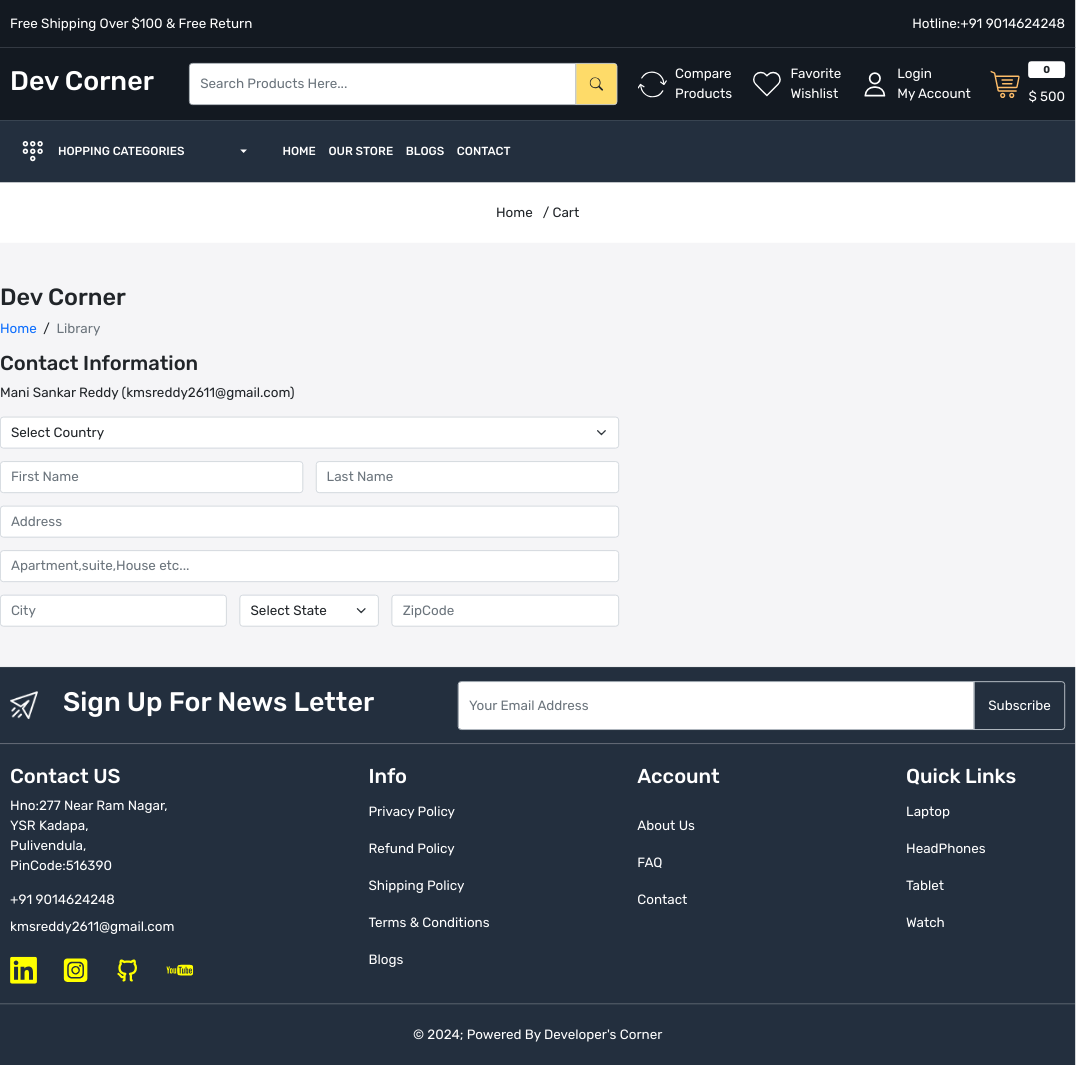
Repository: maniheist/ecommerce-app
Page: /checkout
The author's editor kept a copy of each file at every save. The page is drawn from the files as they stood at one save, then again after the next save.
The browser window is 1280 px wide. The page is 1292 px wide, so the pictures cover 1292 px, including what lies to the right of the window. The pictures show the whole page, at 84% of full size.
The project was rebuilt for these pictures with package versions that can differ from the ones it lists, and the page was loaded fresh each time. Also part of the build but not shown: src/components/BlogCard.js, src/components/ProductCard.js, src/components/SpecialProduct.js, src/pages/Home.js, src/pages/About.js, src/pages/Contact.js, src/components/Color.js, src/pages/OurStore.js and 14 more.

Above is the page before, as saved 2024-02-22 14:56:45.

### public/index.html
<!DOCTYPE html>
<html lang="en">
  <head>
    <meta charset="utf-8" />
    <link rel="icon" href="%PUBLIC_URL%/favicon.ico" />
    <meta name="viewport" content="width=device-width, initial-scale=1" />
    <meta name="theme-color" content="#000000" />
    <meta
      name="description"
      content="Web site created using create-react-app"
    />
    <link rel="apple-touch-icon" href="%PUBLIC_URL%/logo192.png" />

    <link rel="preconnect" href="https://fonts.googleapis.com" />
    <link rel="preconnect" href="https://fonts.gstatic.com" crossorigin />
    <link
      href="https://fonts.googleapis.com/css2?family=Rubik:ital,wght@0,300..900;1,300..900&display=swap"
      rel="stylesheet"
    />
    <link
      href="https://cdn.jsdelivr.net/npm/bootstrap@5.0.2/dist/css/bootstrap.min.css"
      rel="stylesheet"
      integrity="sha384-EVSTQN3/azprG1Anm3QDgpJLIm9Nao0Yz1ztcQTwFspd3yD65VohhpuuCOmLASjC"
      crossorigin="anonymous"
    />
    <link rel="manifest" href="%PUBLIC_URL%/manifest.json" />

    <title>React Redux App</title>
  </head>
  <body>
    <noscript>You need to enable JavaScript to run this app.</noscript>
    <div id="root"></div>
    <script
      src="https://cdn.jsdelivr.net/npm/bootstrap@5.0.2/dist/js/bootstrap.bundle.min.js"
      integrity="sha384-MrcW6ZMFYlzcLA8Nl+NtUVF0sA7MsXsP1UyJoMp4YLEuNSfAP+JcXn/tWtIaxVXM"
      crossorigin="anonymous"
    ></script>
  </body>
</html>

### src/index.js
import React from 'react';
import { createRoot } from 'react-dom/client';

import App from './App';

const container = document.getElementById('root');
const root = createRoot(container);

root.render(

      <App />

);

### src/App.js
import React from 'react';
import './App.css';
import {BrowserRouter,Routes,Route} from "react-router-dom";
import Layout from "./components/Layout";
import Home from "./pages/Home"
import About from "./pages/About"
import Contact from "./pages/Contact"
import OurStore from './pages/OurStore';
import Blog from "./pages/Blog";
import CompareProduct from './pages/CompareProduct';
import Wishlist from './pages/Wishlist';
import Login from './pages/Login';
import Forgotpassword from './pages/Forgotpassword';
import Signup from './pages/Signup';
import Resetpassword from './pages/Resetpassword';
import SingleBlog from './pages/SingleBlog';
import PrivacyPolicy from './pages/PrivacyPolicy';
import RefundPolicy from './pages/RefundPolicy';
import ShippingPolicy from './pages/ShippingPolicy';
import TermAndConditions from './pages/TermAndConditions';
import SingleProduct from './pages/SingleProduct';
import Cart from './pages/Cart';
import Checkout from './pages/Checkout';
function App() {
  return (
    <>
      <BrowserRouter>
        <Routes>
        <Route path="/" element={<Layout />}>
<Route index element={<Home />} />
<Route path="about" element={<About />}/>
<Route path="contact" element={<Contact />}/>
<Route path="product" element={<OurStore />}/>
<Route path="product/:id" element={<SingleProduct />}/>
<Route path="blogs" element={<Blog />}/>
<Route path="blog/:id" element={<SingleBlog />}/>
<Route path="cart" element={<Cart />}/>
<Route path="checkout" element={<Checkout />}/>
<Route path="compare-product" element={<CompareProduct />}/>
<Route path="wishlist" element={<Wishlist />}/>
<Route path="login" element={<Login />}/>
<Route path="forgot-password" element={<Forgotpassword />}/>
<Route path="signup" element={<Signup />}/>
<Route path="reset-password" element={<Resetpassword />}/>
<Route path="privacy-policy" element={<PrivacyPolicy />}/>
<Route path="refund-policy" element={<RefundPolicy />}/>

<Route path="shipping-policy" element={<ShippingPolicy />}/>
<Route path="term-conditions" element={<TermAndConditions />}/>


        </Route>

        </Routes>
      </BrowserRouter>
    </>

  );
}

export default App;

### src/App.css
*{
  margin:0;
  padding:0;
  box-sizing:border-box;
}
:root{
  --color-131921:#131921;
  --color-3b4149:#3b4149;
--color-febd69:#fedb69;
--color-232f3e:#232f3e;
--color-bf4800:#bf4800;
--color-f5f5f7:#f5f5f7;
--color-ededed:#ededed;
--color-777777:#777777;
--color-1c1b1b:#1c1b1b;
--color-f2f2f2:#f2f2f2;
}

.section-heading{
  font-size: 26px;
  line-height: 32px;
  font-weight: 500;
  margin-bottom: 30px;

}
.card-wrapper{
  background-color: white;
  box-shadow: 0 0 10px #0000001a;
  padding: 15px;
}

.button{
  background-color:var(--color-232f3e) ;
  color: white;
  padding: 13px 33px;
  font-size: 14px;
  border-radius: 15px;
}
.button:hover{
  background-color: var(--color-febd69);
  color:#131921
}
body {
  font-family:"Rubik", sans-serif;
}
a {
  text-decoration:none;
  display:inline-block;
}

.form-control:focus{
  box-shadow:none;
  border-color: inherit;
}

/*header part*/
.header-top-strip{
  border-bottom: 1px solid var(--color-3b4149);
  background-color:var(--color-131921) ;
}

.header-upper{
  background-color: var(--color-131921);
}

.header-bottom{
  background-color: var(--color-232f3e);
}

.header-upper .input-group-text{
  background-color: var(--color-febd69);
}

.header-upper.header-upper-links img{
  width:35px;
  height: 35px;
}

.gap-10{
  gap: 10px;
}


.gap-15{
  gap: 15px;
}

.gap-30{
  gap: 30px;
}
.header-bottom .menu-links a,
.header-bottom .dropdown button
{
  color: white;
  font-size: 14px;
  line-height: 18px;
  font-weight: 480;
  letter-spacing:0.3;
  text-transform: uppercase;
}

.header-bottom .dropdown button:focus{
  box-shadow: none;
}

.header-bottom .dropdown-menu{
  background-color: var(--color-131921);
  width:100%;
  transform: translate3d(0px,57px,0px) !important;
}

.header-bottom .dropdown-item{
  padding:20px;
  margin-bottom: 3px;
  border-bottom: 1px solid var(--color-3b4149)
  ;

}
.header-bottom .dropdown-item:hover{
  background-color: transparent;
  color: var(--color-febd69) !important;
}
/*header part end */


/*footer part  */

footer{
  background-color: var(--color-232f3e);
}



footer:not(:first-child){
  border-top:1px solid rgba(255,255,255,0.1);

}

footer .input-group-text{
  background-color: var(--color-232f3e);
  color:white;
  padding:8px 17px;
}
/* footer part end */

/*Home page*/

.main-banner-content{
  top:15%;
  left:5%;
}

.main-banner-content h4{

  font-size: 19px;
  font-weight: 400;
  line-height: 24px;
  color:var(--color-bf4800);
  margin: 0 0 12px;
  letter-spacing: 0.3px;
  text-transform: uppercase;

}

.main-banner-content h5{
  font-size: 52px;
  font-weight: 500;
  line-height: 64px;
  letter-spacing: -2px;
  text-transform: none;

}

.main-banner-content p{
  font-size: 18px;
  line-height: 28px;
  letter-spacing: 0.4px;
  font-weight: 100;
  color: var(--color-131921);
}


.small-banner-content{
  top:25%;
  left:10%;
}

.small-banner-content h4{

  font-size: 21px;
  font-weight: 400;
  line-height: 24px;
  color:var(--color-bf4800);
  margin: 0 0 12px;
  letter-spacing: 0.3px;
  text-transform: uppercase;
}
.small-banner-content h5{
  font-size: 33px;
  font-weight: 500;
  line-height: 34px;
  letter-spacing: -2px;
  text-transform: none;

}

.small-banner-content p{
  font-size: 18px;
  line-height: 28px;
  letter-spacing: 0.4px;
  font-weight: 100;
  color: var(--color-131921);
}

.small-banner{
  width: 49%;

}


/* Home wrapper 2 */

.home-wrapper-2{
  background-color: var(--color-f5f5f7);

}

/* Home wrapper 2 ends */

/* categories section */

.categories{
  background-color: white;
  box-shadow: 0 0 10px #0000001a;
  padding: 15px;
}

.categories > div{
  width:25%;
  padding: 10px 10px 10px 20px;
}

.categories > div:nth-child(1),
.categories > div:nth-child(2),
.categories > div:nth-child(3),
.categories > div:nth-child(4){
  border-bottom: 1px solid var(--color-ededed) ;
}

.categories>div>div{
  width:60%
}

.categories > div:nth-child(1),
.categories > div:nth-child(2),
.categories > div:nth-child(3){
  border-right: 1px solid var(--color-ededed) ;
}

.categories > div:nth-child(5),
.categories > div:nth-child(6),
.categories > div:nth-child(7){
  border-right: 1px solid var(--color-ededed) ;
}
/* categories end */

/* Home Page End */


/* Blogcard */

.blog-card{
  background-color: white;
  padding:20px;
  border-radius:10px;
}

.blog-card img{
  border-top-left-radius:10px;
  border-top-right-radius:10px;
}

.blog-content{
  padding: 15px;

}

.blog-contentp.date{
  font-size: 13px;
  line-height: 24px;
  text-transform: uppercase;
  letter-spacing: 0;
  font-weight: 400;
  color: var(--color-777777);
  padding: 0;

}

.blog-content h5{
  font-size: 18px;
  color: var(--color-131921);
}


.blog-content p.desc{
  font-size: 13px;
  line-height: 22px;
  color: var(--color-777777);
}

.single-blog-card a{
  font-size: 18px;
  color: var(--color-777777);;
  margin-bottom: 20px;
}
.single-blog-card h3{
  font-size: 24px;
  font-weight: 600;
  color: var(--color-1c1b1b);

}

.single-blog-card p{
  color: var(--color-777777);
  font-size: 14px;
}




/*Blogcard ends*/


/* product card */

.product-card{
  padding: 15px;
  background-color: white;
  border-radius: 13px;
overflow:hidden;
width: 100%;
}

.product-card .product-image{
  height: 270px;
}

.product-card .product-image img{
  object-fit: contain;
}
.product-card .product-image> img:last-child{
  display: none;
}
.product-card:hover .product-image > img:nth-child(1){
display: none;

}
.product-card:hover .product-image>img:last-child{
  display: block;


}



.product-card:hover .action-bar{
  right: 15px;

}
.product-card .product-details h6 {
  color:var(--color-bf4800);
  font-size: 13px;



}


.product-card .product-details h5{
  font-size: 15px;
  color: var(--color-1c1b1b);
}

.product-card.product-details p.price{
  font-size: 16px;
  color: var(--color-1c1b1b);
}

.product-card p.description{
  font-size: 13px;
  color: var(--color-777777);
  margin-right: 20px;
}

.action-bar{
  top: 10%;
  right:-23px;
  transition: 0.3s;
}


.wishlist-icon{
  top: 2%;
  right:15px;

}
/* product card ends */

/* special product */

.special-product-card{
  padding:20px 10px;
  border-radius: 10px;
  background-color: white;
}

.special-product-card .badge{
  background-color:#eb353b !important;
}


/* special product ends */

/* famous start */

.famous-card .famous-content{
  top: 10%;
  left: 5%;

}

.famous-card img{
  border-radius: 10px;
}

.famous-content h5{
  font-size: 13px;
  line-height: 20px;
  font-weight: 400px;
  color: white;
  margin-bottom: 7px;
  text-transform: uppercase;

}
.famous-content h6{
  font-size: 24px;
  line-height: 38px;
  font-weight: 500;
  color: white;
}
.famous-content p{
  font-size: 16px;
  line-height: 24px;
  color: white;
  font-weight: 100;
}

/* famous ends */

/* Our Store Start */

.filter-card{
  background-color: white;
  border-radius: 10px;
  padding: 15px 15px 25px;
}

.filter-title{
  font-size: 16px;
  line-height: 20px;
  font-weight: 600;
  color: var(--color-1c1b1b);
  margin-bottom: 20px;
}

.filter-card ul,
.filter-card .form-check-label {
  list-style-type:none;
  font-size: 13px;
  line-height: 30px;
  color: var(--color-777777);
  cursor: pointer;
}

.filter-card .form-check-input:focus{
  box-shadow: none;
  border-color: rgba(0,0,0,0.25);
}
.filter-card .form-check-input:checked{
background-color: var(--color-febd69);
  border-color: var(--color-febd69);

}
.sub-title{
  font-size: 40px;
  font-weight: 600;
  color: var(--color-1c1b1b);
  margin-bottom: 15px;
  margin-top: 20px;
}

.colors{
  list-style-type: none;
  display: flex;
  flex-wrap: wrap;
  gap: 10px;
}
.colors .one{
  width: 20px;
  height: 20px;
  background-color: red;
  border-radius: 50%;
}
.colors .two{
  width: 20px;
  height: 20px;
  background-color: blue;
  border-radius: 50%;
}
.colors  .three{
  width: 20px;
  height: 20px;
  background-color: yellow;
  border-radius: 50%;
}
.colors  .four{
  width: 20px;
  height: 20px;
  background-color: pink;
  border-radius: 50%;
}
.colors  .five{
  width: 20px;
  height: 20px;
  background-color: black;
  border-radius: 50%;
}
.colors  .six{
  width: 20px;
  height: 20px;
  background-color: brown;
  border-radius: 50%;
}

.colors  .seven{
  width: 20px;
  height: 20px;
  background-color:chocolate;
  border-radius: 50%;
}

.random-products h5{
font-size: 14px;
margin-bottom: 8px;
}

.random-products:first-child{
  border-bottom: 1px solid var(--color-ededed);
}

.filter-sort-grid{
  padding: 10px;
  background-color: white;
  border-radius: 10px;
}

.grid img{
  width: 35px;
  height: 35px;
  background-color: var(--color-f2f2f2);
  padding: 8px;
  border-radius: 3px;
  cursor: pointer;
}
.grid img:hover{
  background-color:burlywood;
}

.g-12{
  width: 100%;

}
.gr-6{
  width: 49%;
}
.gr-4{
  width: 32%;
}
.gr-3{
  width: 24%;

}

.gr-12 .product-card{
  display: flex;
  gap:20px;
}
.gr-6 .product-image{
  width: 100%;
}
.gr-6 .product-image img{
  margin: auto;
  display: block;
}
.gr-12 .product-card .product-image{
  width: 270px;
}

.gr-12 .product-card .product-image{
  height: auto;
}
.gr-12 .action-bar{top: 17%;}


/* Our store ends */


/* contact us starts*/

.contact-inner-wrapper{
  padding:30px 20px;
  border-radius: 15px;
  background-color: white;
  gap:15px;
}
.contact-inner-wrapper>div{
  width: 48%;
}

.contact-title{
  font-size: 26px;
  font-weight: 500;
  line-height: 35px;
  text-align: left;

}

.contact-inner-wrapper form .form-control{
  background-color: var(--color-f5f5f7);
  border-radius: 10px;
  border-color: transparent;
  padding: 10px;
}

.contact-inner-wrapper ul{
  list-style: none;
}

.contact-inner-wrapper address,.contact-inner-wrapper a,.contact-inner-wrapper p{
  color: var(--color-777777);
}

/* contact us ends */

/* compare products */

.compare-product-card {
  padding: 20px 15px;
  background-color: white;
  border-radius: 10px;

}

.compare-product-card .cross ,.wishlist-card .cross{
  top: 15px;
  right: 15px;
  width: 25px;
  padding: 3px;
cursor: pointer;
}

.compare-product-details h5.title, .wishlist-card h5.title{
  font-size: 15px;
  line-height: 22px;
  font-weight: 500;
  color: var(--color-1c1b1b);
}

.compare-product-details h6.price, .wishlist-card h6.price{
font-size: 15px;
line-height: 22px;
font-weight: 400;
}

.compare-product-card .product-detail{
  display: flex;
  justify-content: space-between;
  align-items: center;
  padding: 10px 0px;
  border-top: 1px solid rgba(0,0,0,0.1);
}




/* compare products ends */


/* login starts */

.auth-card{
  padding: 20px;
  background-color: white;
  width: 500px;
  margin: 30px auto;
  border-radius: 10px;
}

.auth-card p{
  font-size: 13px;
  color: var(--color-777777);
}
.auth-card h3{
  font-size: 19px;
  font-weight: 500;

color: var(--color-777777);
}

.auth-card .form-control{
  height: 50px;
  background-color: var(--color-f5f5f7);
  color: var(--color-777777);
  border-radius: 10px;
  border-color: transparent;
  font-size: 14px;
}

.auth-card a{
  font-size: 14px;
  font-weight: 400;
  color: var(--color-1c1b1b);
}

.signup{
  background-color: var(--color-febd69);
  color: var(--color-131921);
  border: none;
}

.signup:hover {
  background-color: var(--color-131921);
  color:white;
}

/*login ends */


/* Policy starts */

.policy{
  background-color: white;
  padding: 30px;
}





/* policy Ends */


/* main product page starts*/

.description-wrapper h4, .reviews-wrapper h3{
font-size: 26px;
color: var(--color-1c1b1b);
margin-bottom: 10px;
}

.description-wrapper p{
  font-size: 14px;
  counter-reset: var(--color-777777);;
}
.review-inner-wrapper{
  background-color: white;
  padding: 30px;}
.review-head{
border-bottom: 1px solid rgba(0,0,0,0.1);
padding-bottom: 20px;
}

.review-head p, .review-head a{
  font-size: 14px;
  color: var(--color-777777);
}

.review-head h4{
  font-size: 18px;
  color: var(--color-1c1b1b);

}

.review-form h4{
  font-size: 16px;
  color: var(--color-777777);
}

.review-form{
    border-bottom: 1px solid rgba(0,0,0,0.1);

}
.review:not(:last-child){
  border-bottom: 1px solid rgba(0,0,0,0.1);
}
.review p{
  font-size: 14px;
  color: var(--color-777777);
}

.main-product-image{
  padding:20px;
  background-color: white;
  border-radius: 10px;
}

.main-product-image>div{
  border: 1px solid rgba(0,0,0,0.25);
}

.main-product-image img {
  width: 61% !important;
  height: 500px !important;
  object-fit: cover;
}

.other-product-images{
  background-color: white;
  padding: 20px;

}
.other-product-images>div{
  padding: 20px;
  width: 48%;
border: 1px solid rgba(0,0,0,0.25);
}

.main-product-image .js-image-zoom__zoomed-image{
  left: 40px !important;
  padding: 10px;
  background-color: white;
  border-radius: 10px;
  z-index:1000;
}

.main-product-details{
  padding: 30px 20px;
  border-radius: 10px;
  background-color: white;
}

.border-bottom{
  border-bottom: 1px solid rgba(0,0,0,0.25);
}

.main-product-details h3.title{
  font-size: 18px;
  font-weight: 600;
  color: var(--color-1c1b1b);
  margin-bottom: 10px;
}

.main-product-details p.price{
  font-size: 16px;
  line-height: 20px;
  font-size: 600;
  margin-bottom: 10px;
}

.main-product-details a.review-btn,.t-review{
  color: var(--color-777777);
  font-size: 13px;
}

.product-heading{
font-size: 14px;
color:var(--color-1c1b1b);
margin-bottom: 0px;
}
.product-data{
  font-size: 13px;
  columns: var(--color-777777);
  margin-bottom: 0px;
}
.main-product-details a{
  font-size: 14px;
  color: var(--color-777777);
}

/* main product page ends */


/* cart page starts */
.cart-header,.cart-data{
  border-bottom: 1px solid #eaeaea;
}
.cart-header h4 {
font-size: 13px;
color: var(--color-777777);

}

.cart-col-1{
  width: 40%;
}

.cart-col-1 p{
  color: var(--color-777777);
  font-size: 14px;
}
.cart-col-2{
  width:10%;
}

.cart-col-3{
  width: 15%;
}

.cart-col-4{
  width: 15%;
}

.cart-data h5.price{
  font-size: 14px;
  color: var(--color-1c1b1b);
}


/* cart page ends */

### src/components/Layout.js
import React from 'react'
import {Outlet} from "react-router-dom";
import Header from "./Header";
import Footer from "./Footer";
const Layout = () => {
  return (
    <>
            <Header />
            <Outlet />
            <Footer />

    </>
  )
}

export default Layout

### src/pages/Checkout.js
import React from 'react'
import BreadCrumb from '../components/BreadCrumb';
import {Link} from 'react-router-dom';
import Meta from '../components/Meta';
const Checkout = () => {
  return (
  <>

     <Meta title={"Cart"}></Meta>
    <BreadCrumb title='Cart'/>

    <div className='checkout-wrapper py-5 home-wrapper-2'>
        <div className='row'>
            <div className='col-7'>
                <div className='checkout-left-data'>
                    <h3 className='website-name'>Dev Corner</h3>
                    <nav style={{"--bs-breadcrumb-divider": '>'}} aria-label="breadcrumb">
  <ol className="breadcrumb">
    <li className="breadcrumb-item"><a href="#">Home</a></li> &nbsp; /
    <li className="breadcrumb-item active" aria-current="page">Library</li>
  </ol>
</nav>
<h4 className='title'>
    Contact Information
</h4>
<p className='user-details'>
    Mani Sankar Reddy (kmsreddy2611@gmail.com)
</p>
<form className='d-flex gap-15 flex-wrap justify-content-between'>

<div className='w-100'>
    <select name="" className='form-control form-select'>
    <option value='' selected disabled>Select Country</option>

    </select>
</div>
<div className='flex-grow-1'>
    <input type='text' placeholder='First Name' className='form-control'></input>
</div>
<div className='flex-grow-1'>
    <input type='text' placeholder='Last Name' className='form-control'></input>
</div>
<div className='w-100'>
    <input type='text' placeholder='Address' className='form-control'></input>
</div>
<div className='w-100'>
    <input type='text' placeholder='Apartment,suite,House etc...' className='form-control'></input>
</div>
<div className='flex-grow-1'>
    <input type='text' placeholder='City' className='form-control'></input>
</div>

<div className='flex-grow-1'><select className='form-control form-select' id=''>
    <option value='' selected disabled>Select State</option>
</select></div>
<div className='flex-grow-1'>
    <input type='text' placeholder='ZipCode' className='form-control'></input>
</div>
</form>
                </div>
            </div>
            <div className='col-5'></div>
            <div></div>
        </div>
    </div>
  </>
  );
}

export default Checkout

### src/components/BreadCrumb.js
import React from 'react'
import {Link} from 'react-router-dom';
const BreadCrumb = (props) => {
    const {title}=props;
  return (
    <div className='breadcrumb mb-0 py-4'>
      <div className='container-xxl'>
        <div className='row'>
            <div className='col-12'>
                <p className='text-center mb-0'><Link to='/' className='text-dark'>Home &nbsp; </Link> / {title}</p>
            </div>
        </div>
      </div>
    </div>
  )
}

export default BreadCrumb

### src/components/Meta.js

import React from 'react'
import {Helmet} from "react-helmet";

const Meta = (props) => {
  return (
    <Helmet>
                <meta charSet="utf-8" />
                <title>{props.title}</title>
            </Helmet>
  )
}

export default Meta

Loaded but not shown: src/components/Footer.js (105 lines, source omitted); src/components/Header.js (106 lines, source omitted)

After the next save:
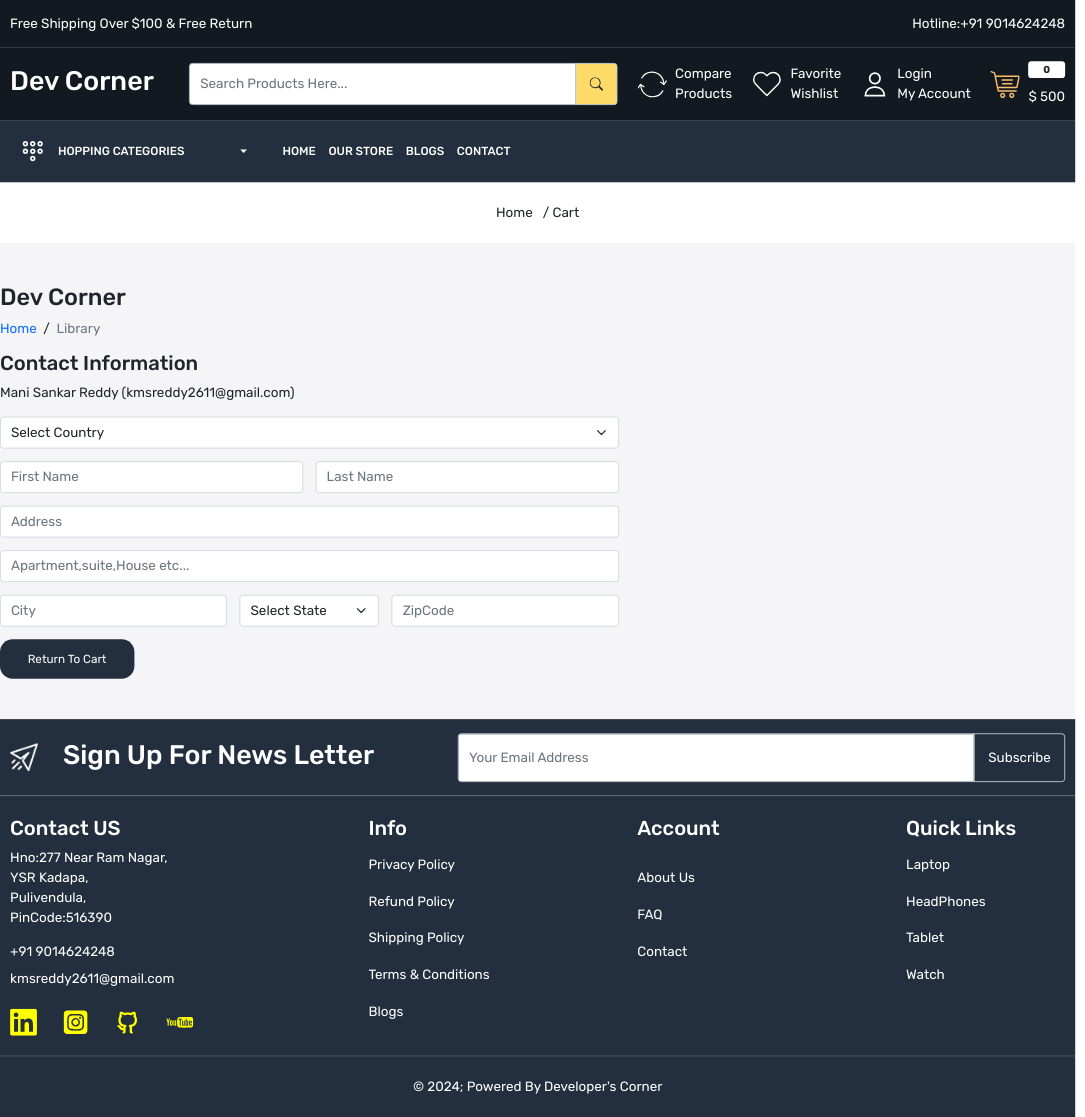
Saved 2 min 0 s later.
--- a/src/pages/Checkout.js
+++ b/src/pages/Checkout.js
@@ -56,6 +56,12 @@ const Checkout = () => {
 <div className='flex-grow-1'>
     <input type='text' placeholder='ZipCode' className='form-control'></input>
 </div>
+<div className='w-100'>
+    <div className='d-flex'>
+        <Link to='/cart' className='button'>Return To Cart</Link>
+    </div>
+</div>
+
 </form>
                 </div>
             </div>
